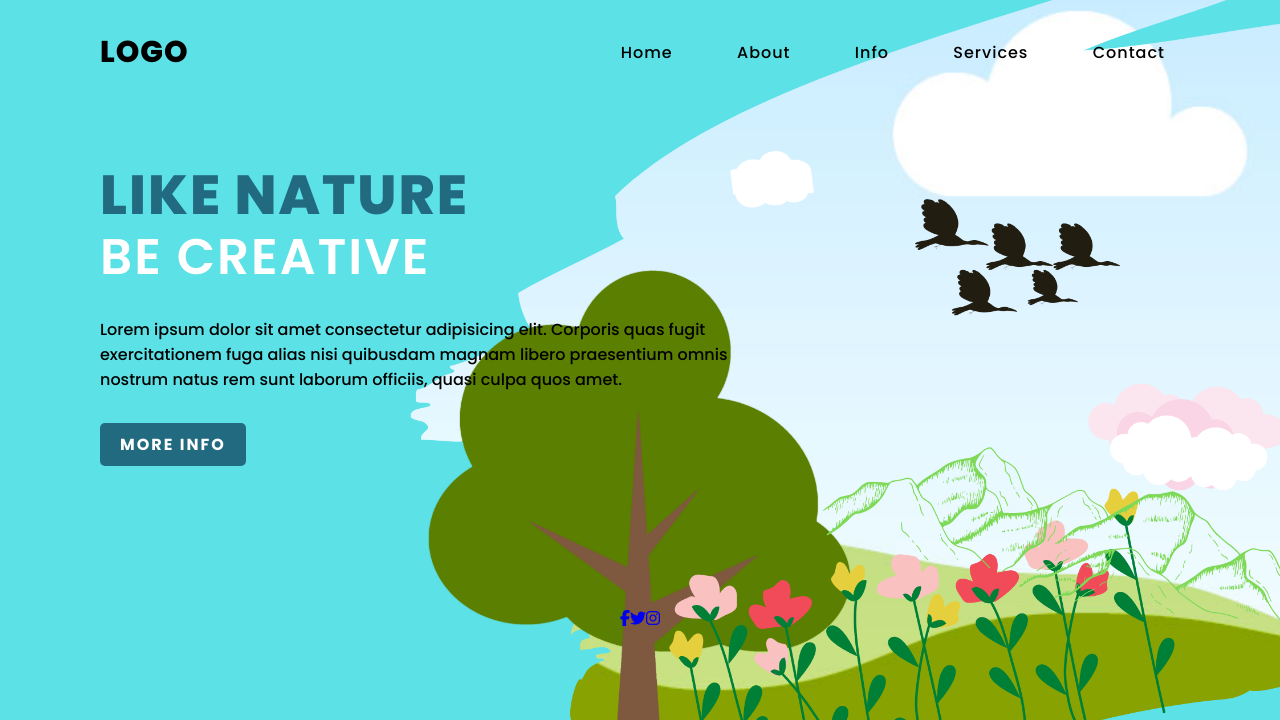
Repository: nganha241/CreativeNature
Page: index.html
These files come from the project's save history. The page is drawn as it stood at one moment and after the next save; the edit follows.
The browser window is 1280 px wide. The pictures show the whole page.
Some web libraries are served in a nearby version.

Above is the page before, as saved 2022-06-18 08:59:16.

After the next save:
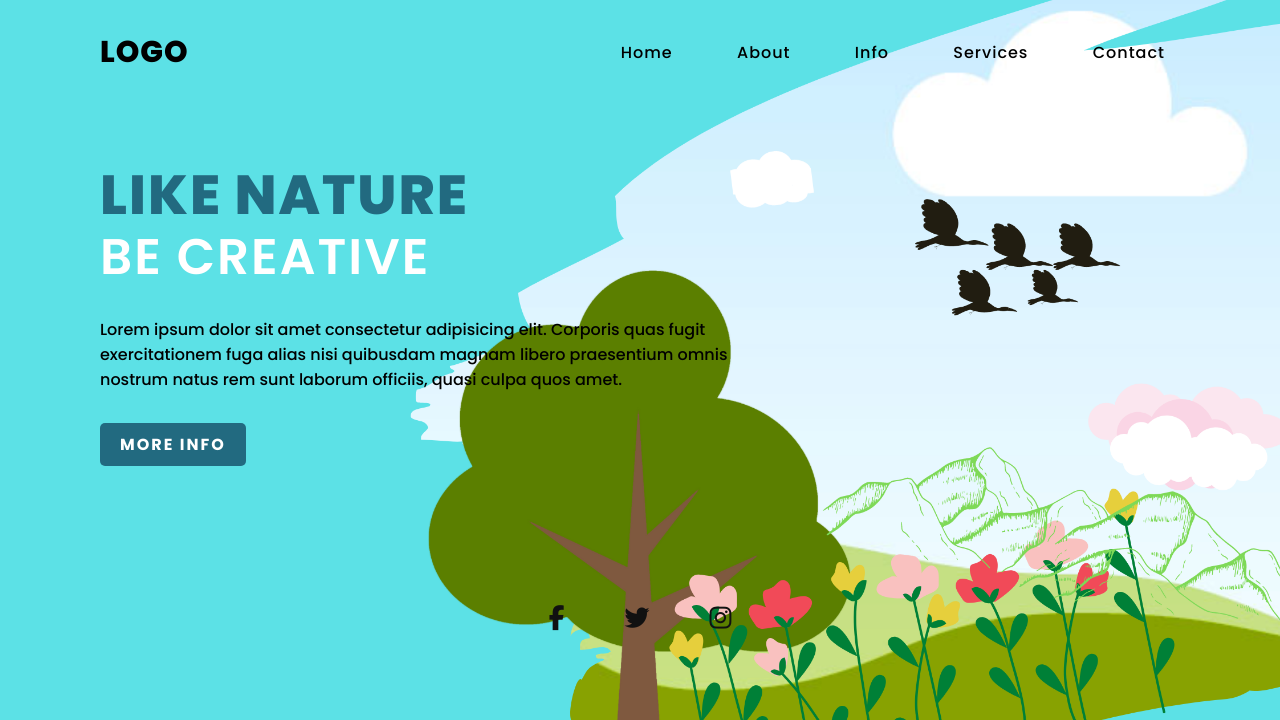
Saved 73 s later.
--- a/style.css
+++ b/style.css
@@ -110,3 +110,13 @@ header .navigation a:hover {
     align-items: center;
     margin: auto;
 }
+
+.media-icons a {
+    position: relative;
+    color: #111;
+    font-size: 25px;
+}
+
+.media-icons a:not(:last-child) {
+    margin-right: 60px;
+}
